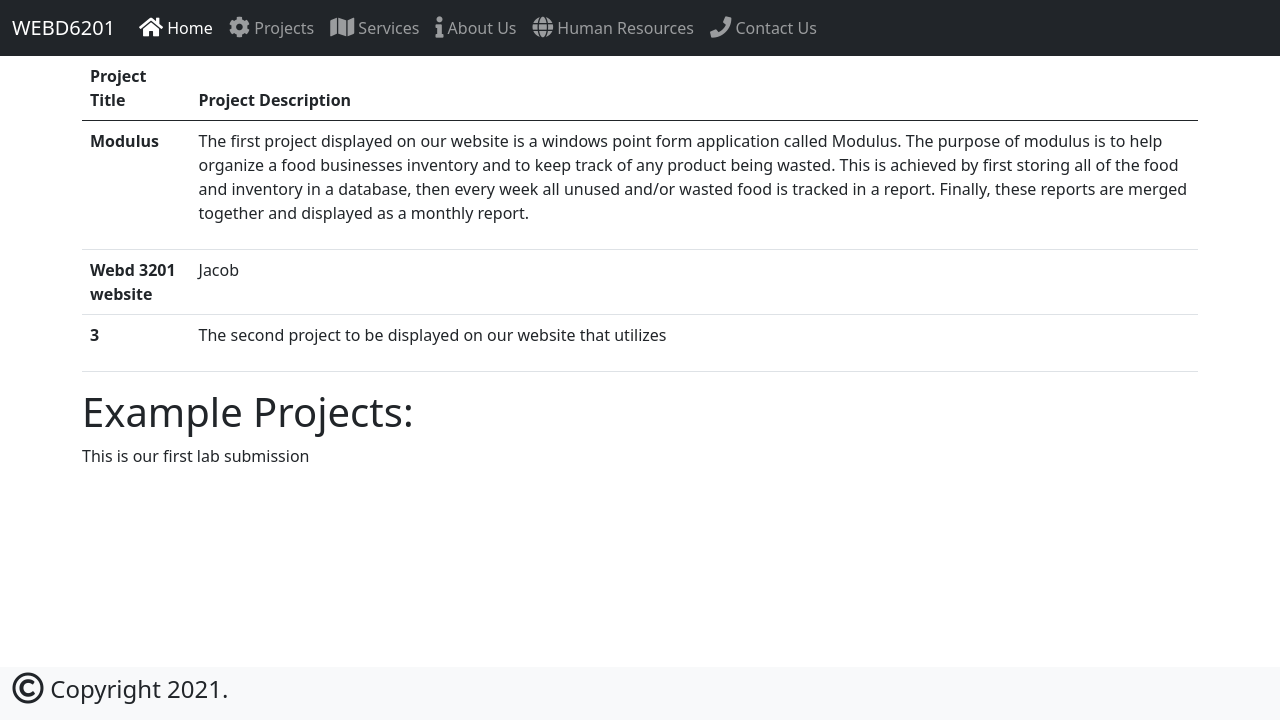
Repository: Sub4Sub/Lab_1
Page: products.html
An editor plug-in stored every save of this project. The page is shown before and after the next save, followed by the edit.
The browser window is 1280 px wide. The pictures show the whole page.

Above is the page before, as saved 2021-02-05 16:14:29.

### products.html
<!DOCTYPE html>
<html lang="en">
<head>
    <meta charset="UTF-8">
    <meta name="viewport" content="width=device-width, initial-scale=1.0">
    <title>Products</title>
    <!-- CSS Section -->
    <link rel="stylesheet" href="./node_modules/bootstrap/dist/css/bootstrap.min.css">
    <link rel="stylesheet" href="./node_modules/@fortawesome/fontawesome-free/css/all.min.css">
    <link rel="stylesheet" href="./Content/app.css">
</head>
<body>
    <!-- Main Header -->

    <!-- Main Content -->
    <main class="container">
      <table class="table">
        <thead>
          <tr>
            <th scope="col">Project Title</th>
            <th scope="col">Project Description</th>
          </tr>
        </thead>
        <tbody>
          <tr>
            <th scope="row">Modulus</th>
            <td>
              <p>
                The first project displayed on our website is a windows point form application called Modulus. The purpose of modulus is to
                help organize a food businesses inventory and to keep track of any product being wasted. This is achieved by first storing all of
                the food and inventory in a database, then every week all unused and/or wasted food is tracked in a report. Finally,
                these reports are merged together and displayed as a monthly report.
              </p>
            </td>
          </tr>
          <tr>
            <th scope="row">Webd 3201 website</th>
            <td>Jacob</td>
          </tr>
          <tr>
            <th scope="row">3</th>
            <td>
              <p>
                The second project to be displayed on our website that utilizes
              </p>
            </td>
          </tr>
        </tbody>
      </table>
    </main>



    <!-- Script Section-->
    <script src="./node_modules/jquery/dist/jquery.min.js"></script>
    <script src="./node_modules/bootstrap/dist/js/bootstrap.bundle.min.js"></script>
    <script src="./Scripts/app.js"></script>
</body>
</html>

### Scripts/app.js
/*
* Name: Brett Tindall & Emeka Okoisama
* Student Id: 100708109 &
* Date Completed: 2021-02-05
*/

"use strict";

//IIFE - Immediately Invoked Function Expression
(function()
{

    /*
      Function that displays the home page's content
    */
    function displayHome()
    {
        let indexHeading = document.createElement("h1");

        indexHeading.setAttribute("id", "indexHeading");
        indexHeading.textContent = `Welcome to lab 1`;

        let mainContent = document.querySelector("main");
        mainContent.appendChild(indexHeading);

        let newDivTag = document.createElement("div");
        newDivTag.innerHTML =
        `<h4>By Brett Tindall and Emeka Okoisama</h4>
        <p id="paragraphThree"> This is our first lab submission </p>`;


        mainContent.append(newDivTag);


    }

    function displayProjects()
    {
        let projectHeading = document.createElement("h1");

        projectHeading.setAttribute("id", "projectHeading");
        projectHeading.textContent = `Example Projects:`;

        let mainContent = document.querySelector("main");
        mainContent.appendChild(projectHeading);

        let newDivTag = document.createElement("div");
        newDivTag.innerHTML =
        `<p id="paragraphThree"> This is our first lab submission </p>`;


        mainContent.append(newDivTag);


    }

    /*
      Function that displays the contact page's content
    */
    function displayContact()
    {
      let contactHeading = document.createElement("h1");

      contactHeading.setAttribute("id", "contactHeading");
      contactHeading.textContent = "Enter a Contact";

      let mainContent = document.querySelector("main");
      mainContent.appendChild(contactHeading);

      let newDivTag = document.createElement("div");
      newDivTag.innerHTML =
      `<div id="messageArea"></div>

      <div class="row justify-content-lg-center g-3">
        <form class="col-lg-6 col-md-10 col-sm-10">

          <div class="input-group mb-3">
            <span class="input-group-text" id="inputGroup-sizing-default">Full Name </span>
            <input id="fullName" type="text" class="form-control" aria-label="Full Name" aria-describedby="Full Name Input"
            name="fullName" required>
          </div>

          <div class="input-group mb-3">
            <span class="input-group-text" id="inputGroup-sizing-default">Contact Number</span>
            <input id="contactNumber" type="tel" class="form-control" aria-label="Contact Number" aria-describedby="Contact Number Input"
            name="contactNumber" required>
          </div>

          <div class="input-group mb-3">
            <span class="input-group-text" id="inputGroup-sizing-default">Email</span>
            <input id="emailAddress" type="email" class="form-control" aria-label="Email Address" aria-describedby="Email Address Input"
            name="emailAddress" required>
          </div>

          <button id="sendButton" type="submit" class="btn btn-primary"><i class="fas fa-envelope fa-lg"></i> Send</button>
          <button id="cancelButton" type="reset" class="btn btn-warning"><i class="fas fa-undo fa-lg"></i> Cancel</button>
        </form>
      </div>`;

      mainContent.append(newDivTag);


      let sendButton = document.getElementById("sendButton");

        sendButton.addEventListener("click", function(event){

          window.location.href = './index.html';

        });

    }

    /*
      Function that displays the fixed footer at the bottom of the page
    */
   function displayHeader()
   {
     let mainContent = document.querySelector("body");

     //let sendButton = document.getElementById("body");

     let newFooterTag = document.createElement("header");

     newFooterTag.innerHTML =
     `
     <header>
      <!-- Main Navigation -->
      <nav class="navbar navbar-expand-lg navbar-dark bg-dark">
          <div class="container-fluid">
            <a class="navbar-brand" href="index.html">WEBD6201</a>
            <button class="navbar-toggler" type="button" data-bs-toggle="collapse" data-bs-target="#navbarSupportedContent" aria-controls="navbarSupportedContent" aria-expanded="false" aria-label="Toggle navigation">
              <span class="navbar-toggler-icon"></span>
            </button>
            <div class="collapse navbar-collapse" id="navbarSupportedContent">
              <ul class="navbar-nav me-auto mb-2 mb-lg-0" id ="headerList">
                <li class="nav-item">
                  <a class="nav-link active" aria-current="page" href="index.html"><i class="fas fa-home fa-lg"></i> Home</a>
                </li>

                <li class="nav-item">
                  <a class="nav-link" id="productsLink" aria-current="page" href="products.html"><i class="fas fa-cog fa-lg"></i> Products</a>
                </li>

                <li class="nav-item">
                  <a class="nav-link" aria-current="page" href="services.html"><i class="fas fa-map fa-lg"></i> Services</a>
                </li>

                <li class="nav-item" id="aboutUsList">
                  <a class="nav-link" id="aboutUsLink" aria-current="page" href="about.html"><i class="fas fa-info fa-lg"></i> About Us</a>
                </li>

                <li class="nav-item">
                  <a class="nav-link" aria-current="page" href="contact.html"><i class="fas fa-phone fa-lg"></i> Contact Us</a>
                </li>
              </ul>
            </div>
          </div>
        </nav>
  </header>
     `

     mainContent.prepend(newFooterTag);

   }

    /*
      Function that displays the fixed footer at the bottom of the page
    */
    function displayFooter()
    {
      let mainContent = document.querySelector("main");

      let newFooterTag = document.createElement("footer");

      newFooterTag.innerHTML =
      `
      <footer>
        <nav class="navbar fixed-bottom navbar-light bg-light">
            <div class="container-fluid">
              <h4><i class="far fa-copyright fa-lg"></i> Copyright 2021.</h4>
            </div>
          </nav>
    </footer>
      `

      mainContent.append(newFooterTag);

    }

    /*
      Function that adds a button to the human resources page
    */
    function addHumanResourcesButton()
    {

      let aboutUsLink = document.getElementById("aboutUsList");

      let newListItem = document.createElement("li");

      newListItem.innerHTML =
      `
      <li class="nav-item">
        <a class="nav-link" id="HumanResourcesLink" aria-current="page" href="human-resources.html"><i class="fas fa-globe fa-lg"></i> Human Resources</a>
      </li>
      `

      aboutUsLink.after(newListItem);

    }

    /*
      Function that changes the products button's text to projects
    */
   function alterProductsButton()
   {

    let productsButton = document.getElementById("headerList").childNodes[3];

    //productsButton.textContent = "Projects";

    let newListItem = document.createElement("li");

    newListItem.innerHTML =
   `
   <li class="nav-item">
               <a class="nav-link" aria-current="page" href="products.html"><i class="fas fa-cog fa-lg"></i> Projects</a>
             </li>
   `

    productsButton.replaceChild(newListItem, productsButton.childNodes[1]);

   }

   /*
      Function that run when the page loads
    */
    function Start()
    {
        console.log("App Started...");

        displayHeader();

        alterProductsButton();

        addHumanResourcesButton();

        switch (document.title)
        {
          case "Home":
              displayHome();
            break;
          case "About":
              displayAbout();
            break;
          case "Products":
              displayProjects();
            break;
          case "Services":
              displayServices();
            break;
          case "Contact":
              displayContact();
            break;
        }

    }

    displayFooter();

    window.addEventListener("load", Start);

})();

Loaded but not shown: node_modules/bootstrap/dist/css/bootstrap.min.css (library); node_modules/@fortawesome/fontawesome-free/css/all.min.css (library); node_modules/jquery/dist/jquery.min.js (library); node_modules/bootstrap/dist/js/bootstrap.bundle.min.js (library); Content/app.css (no stored copy; drawn as an empty file)

After the next save:
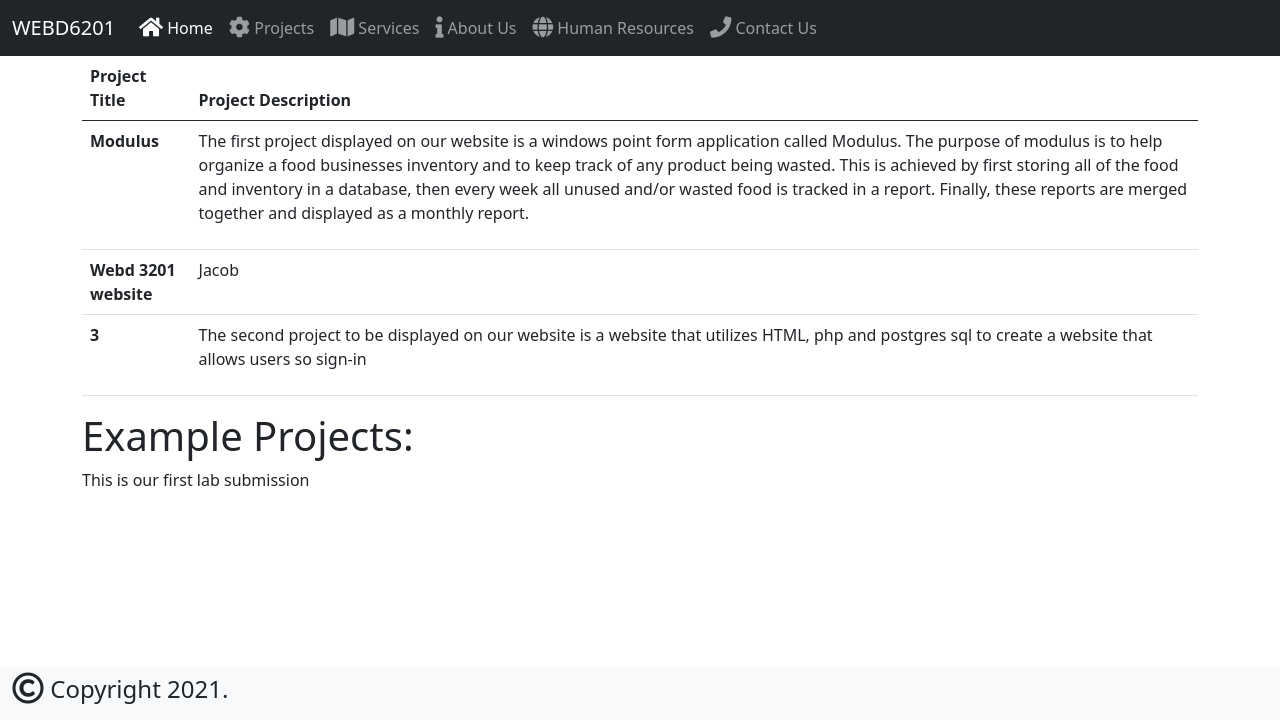
Saved 98 s later.
--- a/products.html
+++ b/products.html
@@ -41,7 +41,8 @@
             <th scope="row">3</th>
             <td>
               <p>
-                The second project to be displayed on our website that utilizes
+                The second project to be displayed on our website is a website that utilizes HTML, php and postgres sql to create a website that
+                 allows users so sign-in
               </p>
             </td>
           </tr>
